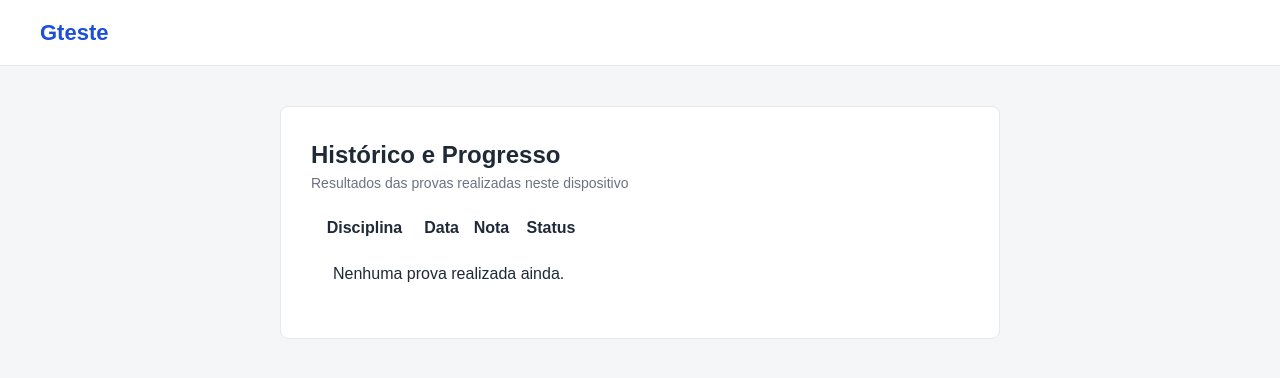
Repository: juvencio009/infratech-web
Page: progress.html
An editor plug-in stored every save of this project. The page is shown before and after the next save, followed by the edit.
The browser window is 1280 px wide. The pictures show the whole page.

Above is the page before, as saved 2025-12-18 23:48:24.

After the next save:
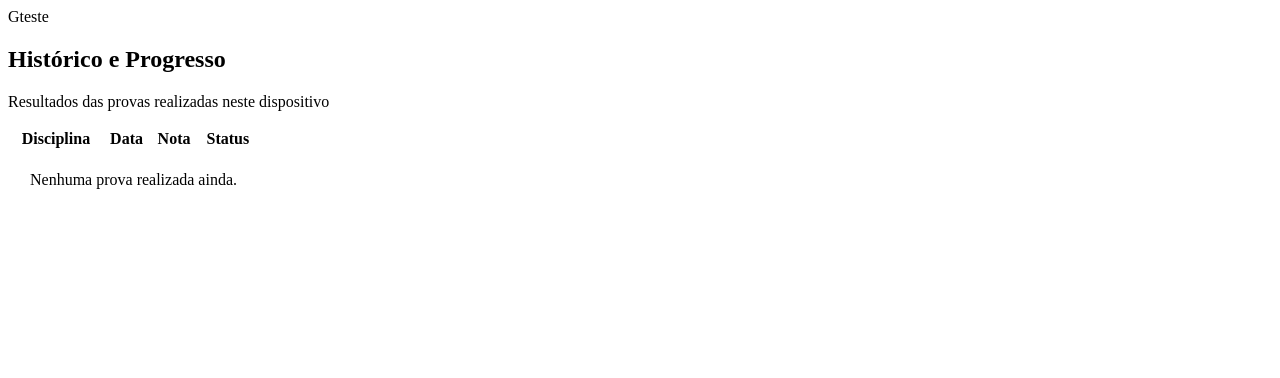
Saved 5 s later.
--- a/progress.html
+++ b/progress.html
@@ -13,7 +13,7 @@
   <link rel="stylesheet" href="https://fonts.googleapis.com/css2?family=Roboto:wght@400;500&display=swap">
 
   <!-- External CSS (custom styles) -->
-  <link rel="stylesheet" href="css/style.css">
+
 
   <!-- Bootstrap Icons for user-friendly icons -->
   <link href="https://cdn.jsdelivr.net/npm/bootstrap-icons@1.11.3/font/bootstrap-icons.css" rel="stylesheet">
